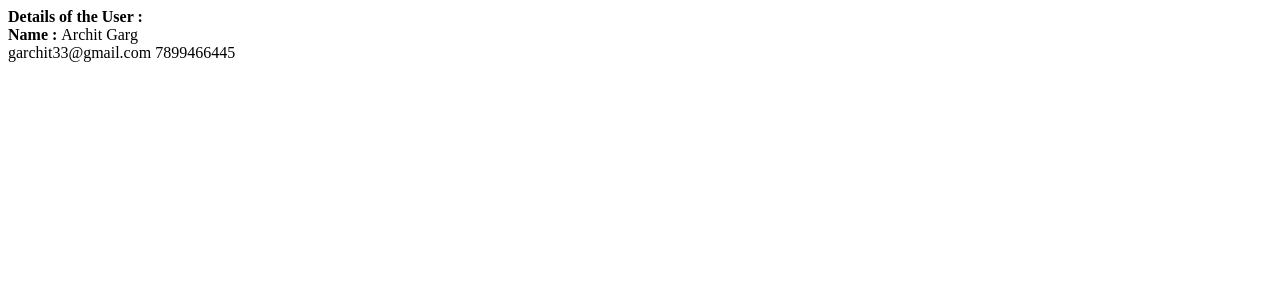
Repository: garchit33/Workpace
Page: http://localhost/ServletPage/TestContext
An editor plug-in stored every save of this project. The page is shown before and after a run of saves, followed by the edit.
The browser window is 1280 px wide. The pictures show the whole page.
The page is served by Tomcat 9. Other server files are loaded and not shown.

Above is the page before, as saved 2019-09-04 10:56:36.

### workspace JUnit/ServletPage/src/servletpage/TestContext.java
package servletpage;

import java.io.IOException;
import java.io.PrintWriter;
import java.util.Enumeration;

import javax.servlet.ServletConfig;
import javax.servlet.ServletContext;
import javax.servlet.ServletException;
import javax.servlet.annotation.WebServlet;
import javax.servlet.http.HttpServlet;
import javax.servlet.http.HttpServletRequest;
import javax.servlet.http.HttpServletResponse;


//@WebServlet("/TestContext")
public class TestContext extends HttpServlet {
	private static final long serialVersionUID = 1L;


	protected void doGet(HttpServletRequest request, HttpServletResponse response) throws ServletException, IOException {
		// TODO Auto-generated method stub
		response.setContentType("text/html");
		PrintWriter out = response.getWriter();
		out.println("<b>Details of the User :</b><br>");
		ServletContext scn = getServletContext() ;
		Enumeration<String> e=scn.getInitParameterNames();
		out.println("<b>Name : </b>"+scn.getInitParameter("username")+"<br>");
		out.println(scn.getInitParameter("email"));
		out.println(scn.getInitParameter("contact"));
//		String str="";
//		while(e.hasMoreElements()){
//		    str=e.nextElement();
//		    out.print("<br> "+scn.getInitParameter(str));
//		}



}
}

After the next 3 saves:
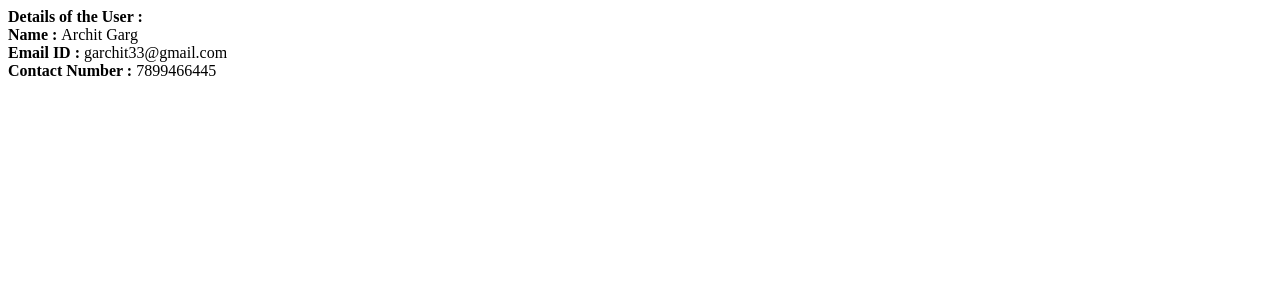
The 3 saves are shown as one change because 2 did not build or start.
The last was saved 75 s later.
--- a/workspace JUnit/ServletPage/src/servletpage/TestContext.java
+++ b/workspace JUnit/ServletPage/src/servletpage/TestContext.java
@@ -26,8 +26,8 @@ public class TestContext extends HttpServlet {
 		ServletContext scn = getServletContext() ;
 		Enumeration<String> e=scn.getInitParameterNames();
 		out.println("<b>Name : </b>"+scn.getInitParameter("username")+"<br>");
-		out.println(scn.getInitParameter("email"));
-		out.println(scn.getInitParameter("contact"));
+		out.println("<b>Email ID : </b>"+scn.getInitParameter("email")+"<br>");
+		out.println("<b>Contact Number : </b>"+scn.getInitParameter("contact"));
 //		String str="";
 //		while(e.hasMoreElements()){
 //		    str=e.nextElement();
